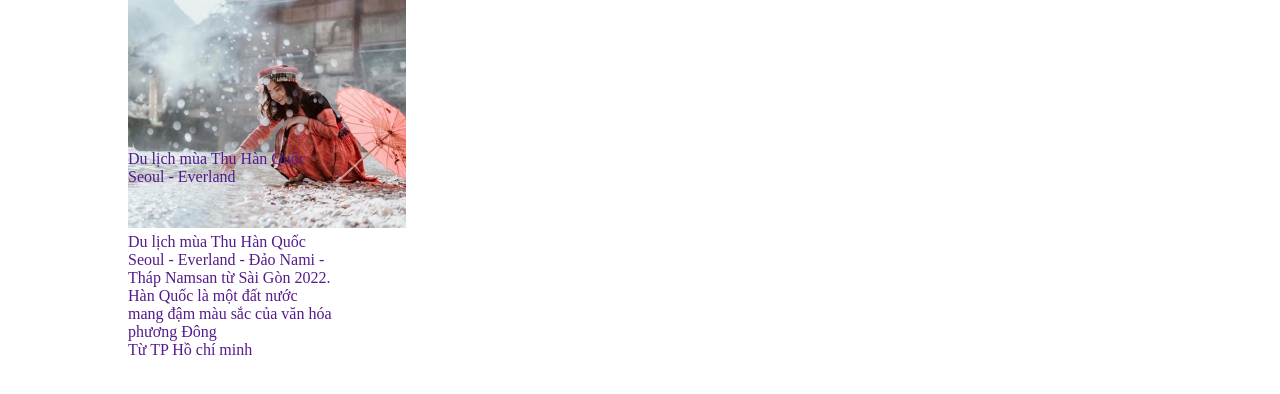
Repository: hoang71299/fe_26
Page: buoi 6/2.html
These files come from the project's save history. The page is drawn as it stood at one moment and after the next save; the edit follows.
The browser window is 1280 px wide. The pictures show the whole page.

Above is the page before, as saved 2022-08-30 15:21:16.

After the next save:
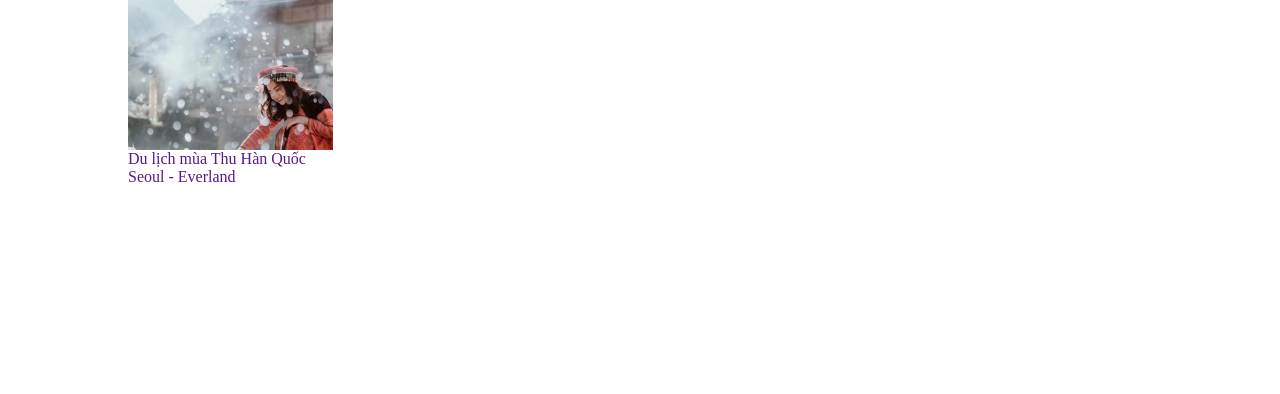
Saved 9 s later.
--- a/buoi 6/2.css
+++ b/buoi 6/2.css
@@ -20,7 +20,9 @@ a.top{
     width: 100%;
     display: inline-block;
 }
-.content{
+.top .content{
     width: 100%;
     height: 150px;
+    position: relative;
+    overflow: hidden;
 }
